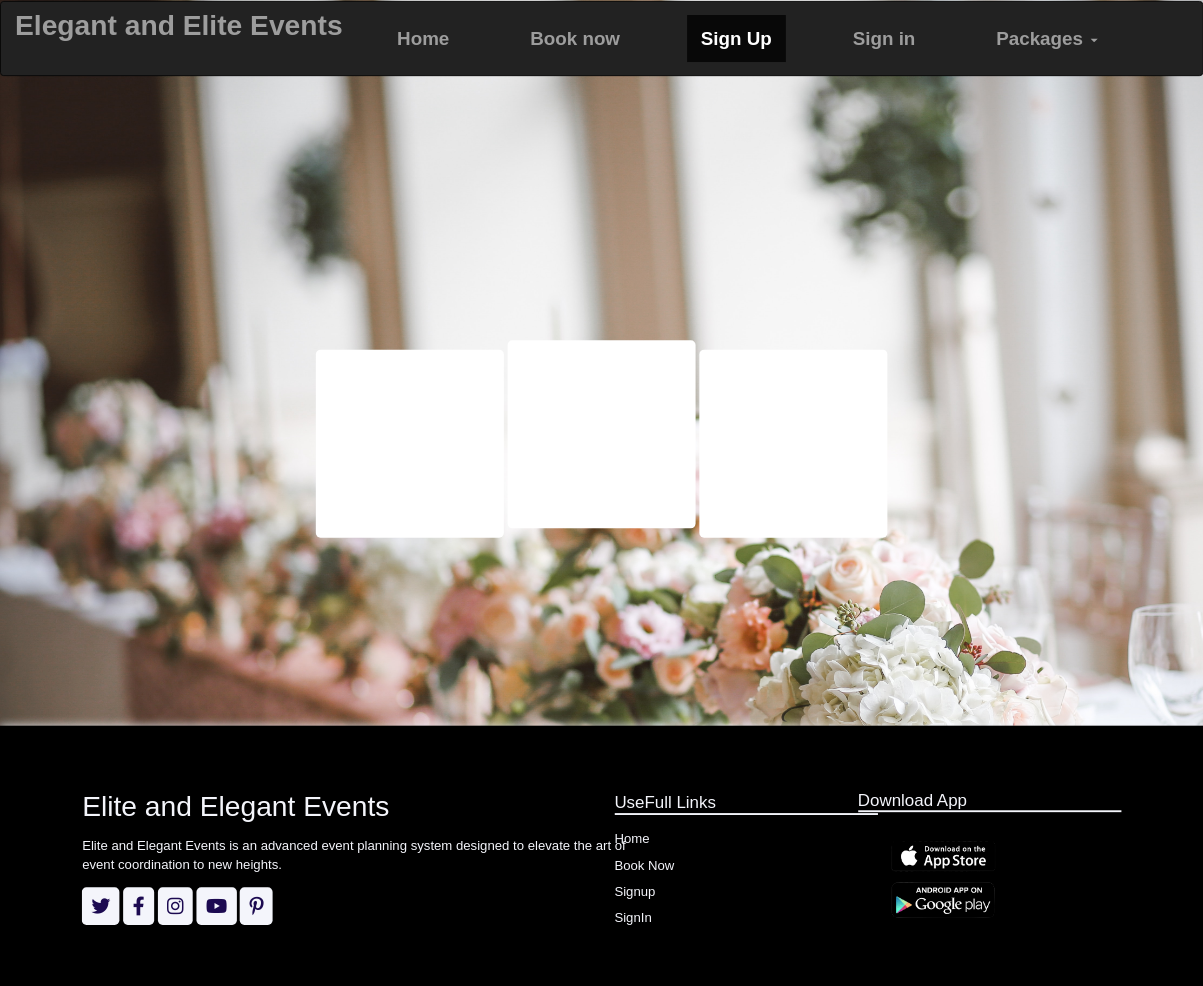
Repository: it22272690/Event-Planning-System
Page: http://localhost/PaymentDemo/useraccount.jsp
These files come from the project's save history. The page is drawn as it stood at one moment and after the next save; the edit follows.
The browser window is 1280 px wide. The pictures show the whole page, at 94% of full size.
Some web fonts or font styles are not loaded; a fallback is used. The page is served by Tomcat 10.

Above is the page before, as saved 2023-10-24 09:19:11.

After the next save:
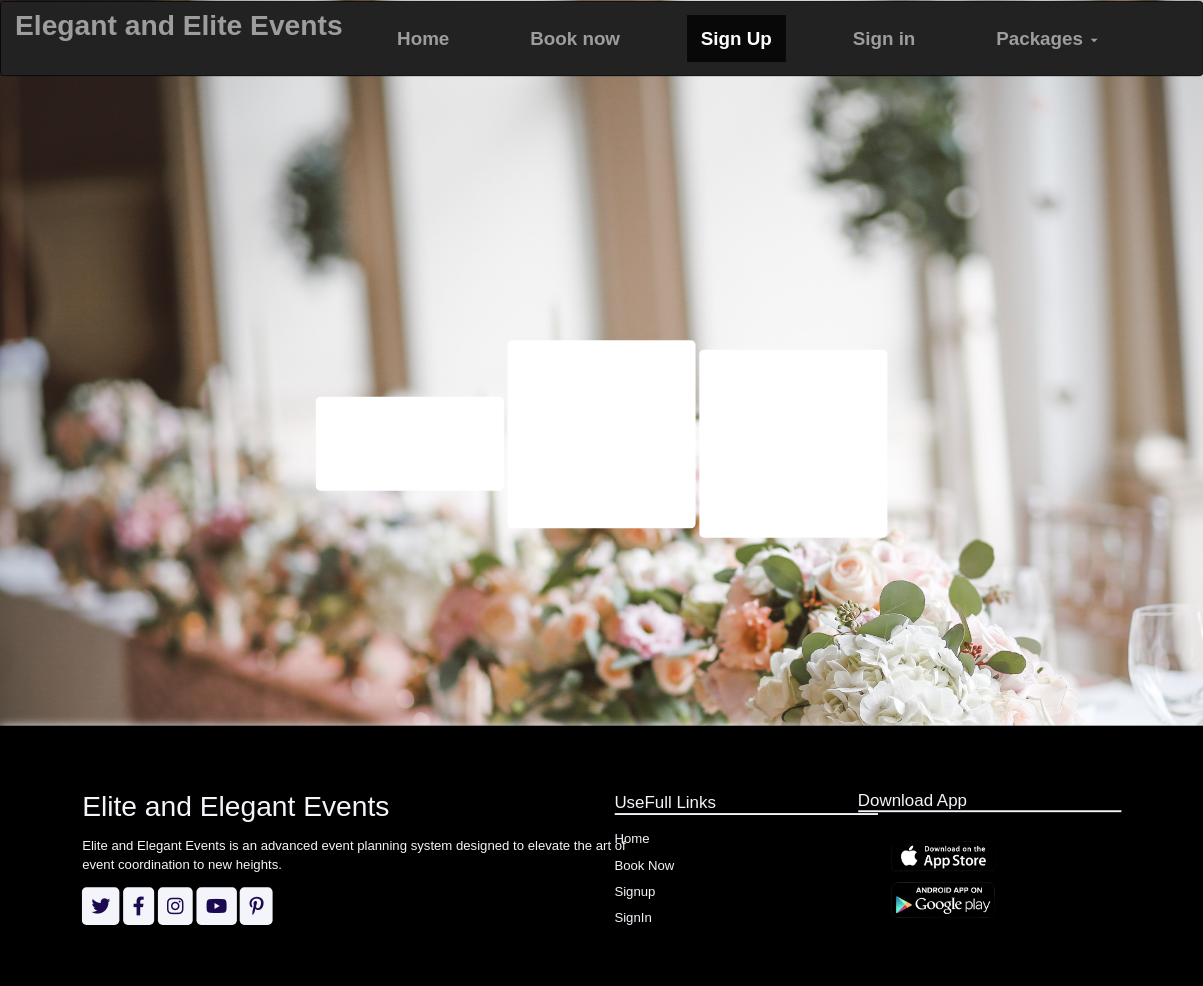
Saved 29 s later.
--- a/PaymentDemo/src/main/webapp/useraccount.jsp
+++ b/PaymentDemo/src/main/webapp/useraccount.jsp
@@ -83,7 +83,7 @@
                 <!-- Display user information here (e.g., name, email, etc.) -->
             </div>
             <div class="user-actions">
-                <button id="edit-customer"  style="color:white; width:200px; height:200px">Edit Customer Form</button>
+                <button id="edit-customer"  style="color:white; width:200px; height:100px">Edit Customer Form</button>
                 <button id="edit-event"  style="color:white;">Edit Event Details Form</button>
                 <button id="edit-payment" style="color:white;">Edit Payment Form</button>
             </div>
